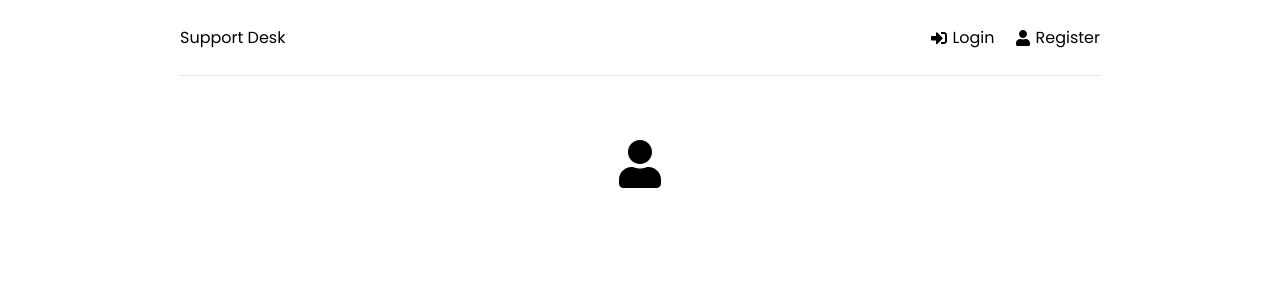
Repository: benjamins1995/support-desk
Page: /register (app in frontend/)
An editor plug-in stored every save of this project. The page is shown before and after the next save, followed by the edit.
The browser window is 1280 px wide. The pictures show the whole page.
The project was rebuilt for these pictures with package versions that can differ from the ones it lists, and the page was loaded fresh each time. Also part of the build but not shown: frontend/src/pages/Login.jsx. Imported but missing from the stored project, and not drawn on this page: frontend/src/features/counter/counterSlice, frontend/src/pages/Home.

Above is the page before, as saved 2022-03-01 21:06:05.

### frontend/src/App.js
import { BrowserRouter as Router, Routes, Route } from 'react-router-dom';
import Header from './components/Header';
import Home from './pages/Home';
import Login from './pages/Login';
import Register from './pages/Register';

function App() {
  return (
    <>
      <Router>
        <div className='container'>
          <Header />
          <Routes>
            <Route path='/' element={<Home />} />
            <Route path='/login' element={<Login />} />
            <Route path='/register' element={<Register />} />
          </Routes>
        </div>
      </Router>
    </>
  );
}

export default App;

### frontend/src/components/Header.jsx
import { FaSignInAlt, FaSignOutAlt, FaUser } from 'react-icons/fa';
import { Link } from 'react-router-dom';

function Header() {
  return (
    <header className='header'>
      <div className='logo'>
        <Link to='/'> Support Desk</Link>
      </div>
      <ul>
        <li>
          <Link to='/login'>
            <FaSignInAlt /> Login
          </Link>
        </li>
        <li>
          <Link to='/register'>
            <FaUser /> Register
          </Link>
        </li>
      </ul>
    </header>
  );
}

export default Header;

### frontend/src/pages/Register.jsx
import { useState } from 'react';
import { FaUser } from 'react-icons/fa';

function Register() {
  const [formData, setFormData] = useState({
    name: '',
    email: '',
    password: '',
    password2: '',
  });

  const { name, email, password, password2 } = formData;

  return (
    <>
      <section className='heading'>
        <h1>
          <FaUser />
        </h1>
      </section>
    </>
  );
}

export default Register;

Loaded but not shown: frontend/public/index.html (common file); frontend/src/index.js (common file); frontend/src/index.css (common file); frontend/src/app/store.js (common file); frontend/src/serviceWorker.js (common file)

After the next save:
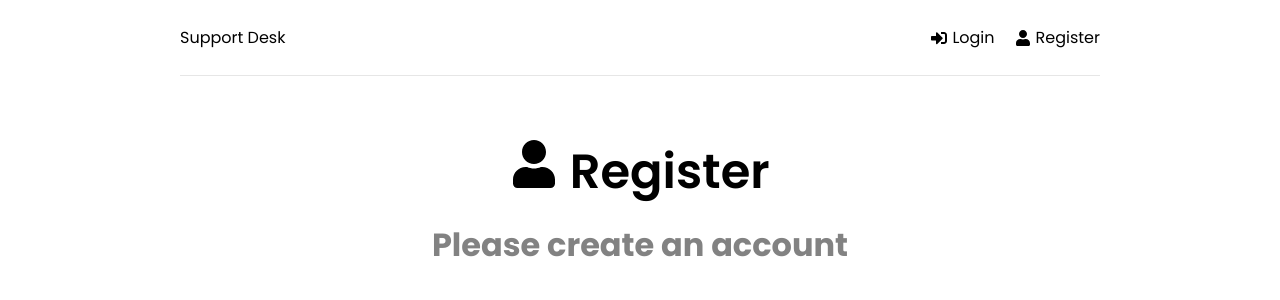
Saved 29 s later.
--- a/frontend/src/pages/Register.jsx
+++ b/frontend/src/pages/Register.jsx
@@ -15,8 +15,9 @@ function Register() {
     <>
       <section className='heading'>
         <h1>
-          <FaUser />
+          <FaUser /> Register
         </h1>
+        <p>Please create an account</p>
       </section>
     </>
   );
